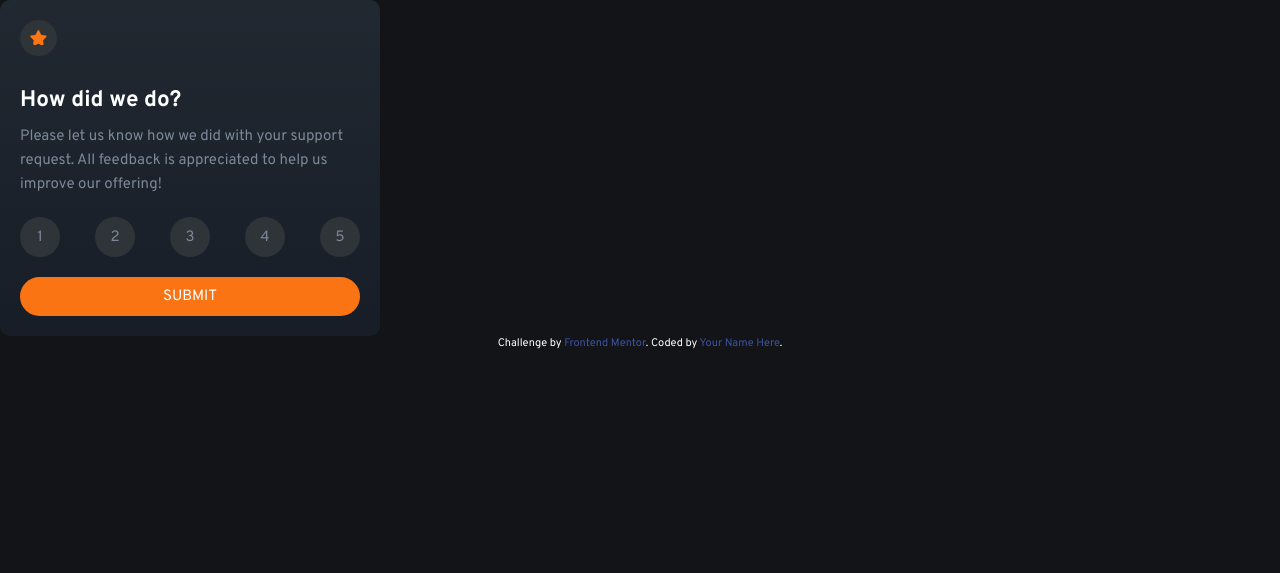
Repository: huynhnhutanhduy/interactive-rating-component
Page: index.html
The author's editor kept a copy of each file at every save. The page is drawn from the files as they stood at one save, then again after the next save.
The browser window is 1280 px wide. The pictures show the whole page.

Above is the page before, as saved 2022-10-19 11:18:56.

After the next save:
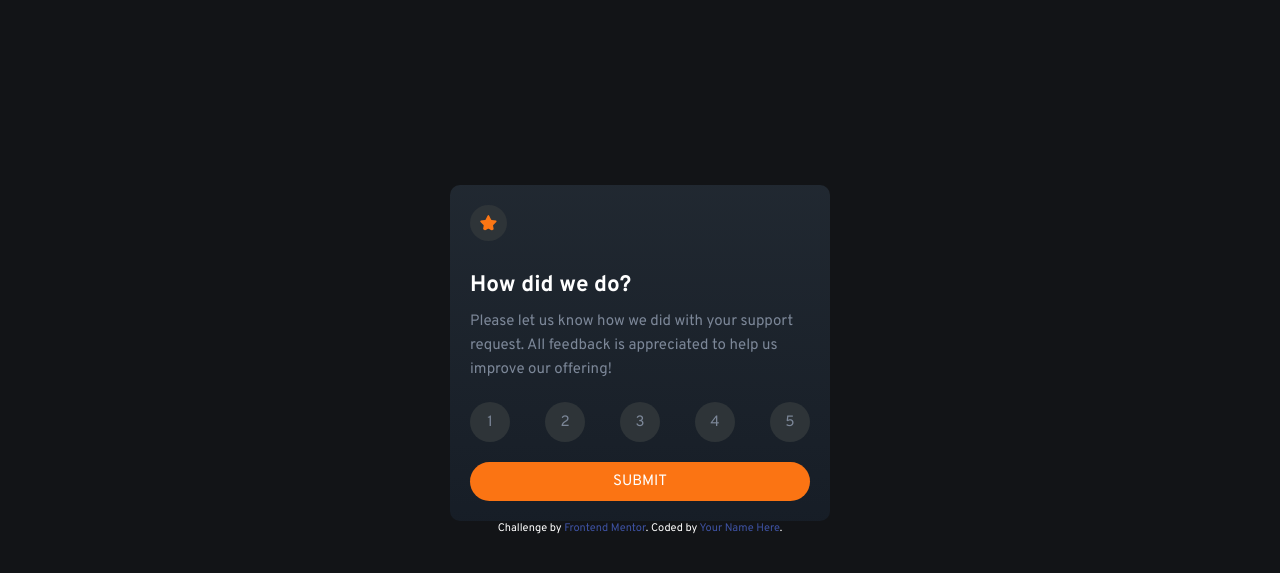
Saved 21 s later.
--- a/app.css
+++ b/app.css
@@ -25,6 +25,10 @@ body {
   font-family: "Overpass", sans-serif;
   font-weight: normal;
   background-color: var(--very-dark-blue);
+  position: absolute;
+  top: 50%;
+  left: 50%;
+  transform: translate(-50%, -50%);
 }
 a {
   text-decoration: none;
